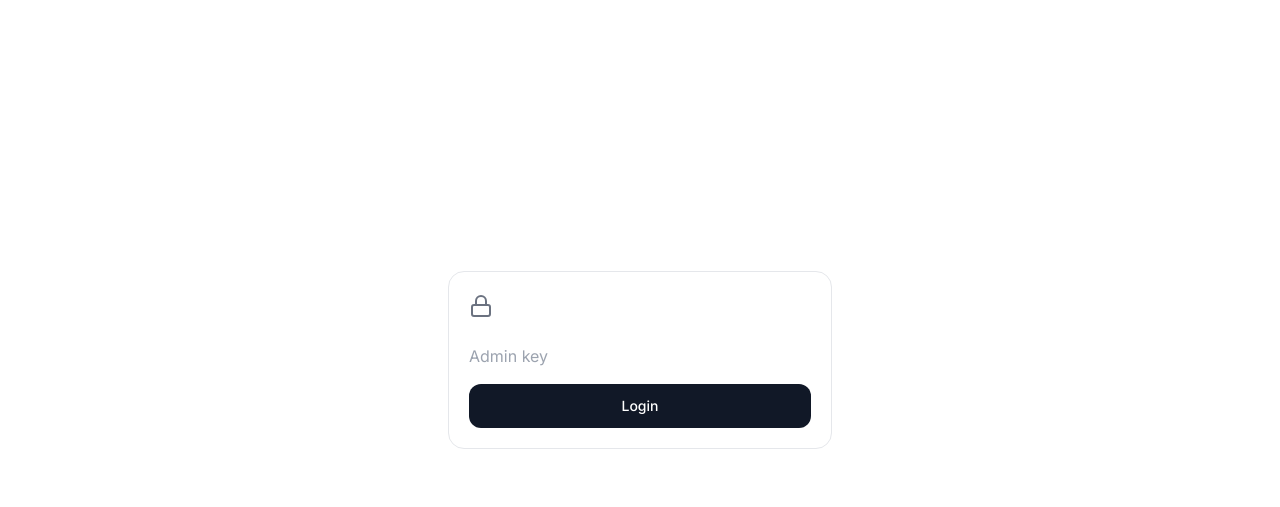
Repository: roshanreddy118/AI-tools-directory
Page: /admin
An editor plug-in stored every save of this project. The page is shown before and after the next save, followed by the edit.
The browser window is 1280 px wide. The pictures show the whole page.
The project was rebuilt for these pictures with package versions that can differ from the ones it lists, and the page was loaded fresh each time. The framework's server and built-in components were replaced by stand-ins that run in the browser. Also part of the build but not shown: next.config.mjs.

Above is the page before, as saved 2026-08-27 20:24:47.

After the next save:
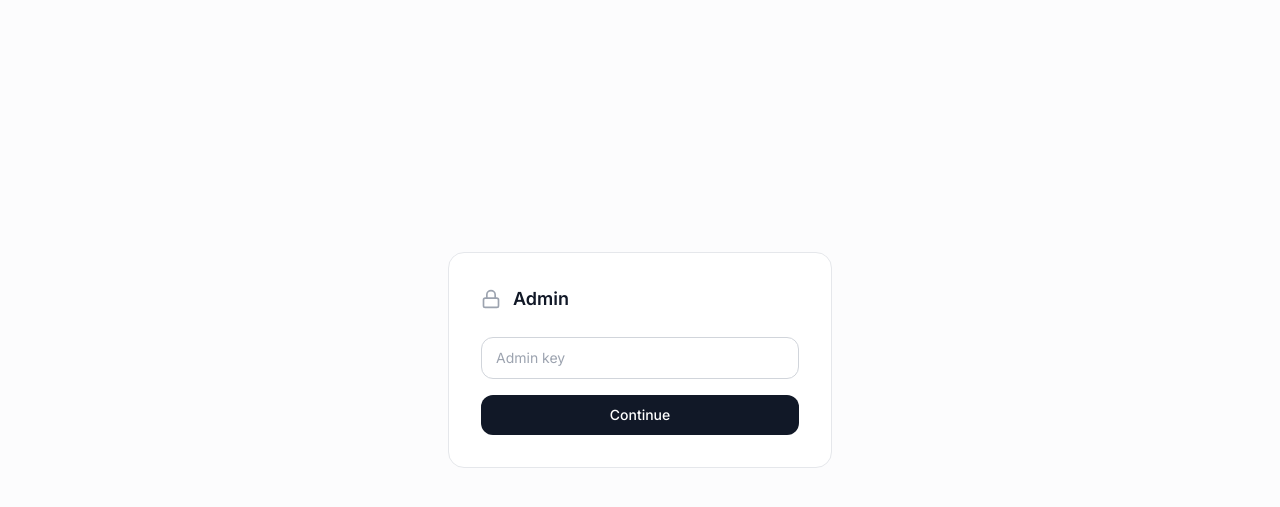
Saved 12 s later.
--- a/src/app/admin/page.tsx
+++ b/src/app/admin/page.tsx
@@ -165,11 +165,11 @@ export default function AdminPage() {
   // Login screen
   if (!isAuthenticated) {
     return (
-      <main className="min-h-screen flex items-center justify-center">
-        <div className="card max-w-sm w-full">
+      <main className="min-h-screen bg-gray-50/50 flex items-center justify-center">
+        <div className="bg-white rounded-2xl border border-gray-200 p-8 max-w-sm w-full">
           <div className="flex items-center gap-3 mb-6">
-            <Lock className="w-6 h-6 text-gray-500" />
-            <h1 className="text-xl font-bold text-white">Admin Access</h1>
+            <Lock className="w-5 h-5 text-gray-400" />
+            <h1 className="text-lg font-semibold text-gray-900">Admin</h1>
           </div>
           <form
             onSubmit={(e) => {
@@ -182,14 +182,14 @@ export default function AdminPage() {
               placeholder="Admin key"
               value={adminKey}
               onChange={(e) => setAdminKey(e.target.value)}
-              className="input-dark mb-4"
+              className="input-field mb-4"
             />
             <button
               type="submit"
               disabled={isLoading}
-              className="w-full btn-primary py-3"
+              className="w-full btn-primary py-2.5"
             >
-              {isLoading ? "Checking..." : "Login"}
+              {isLoading ? "Checking..." : "Continue"}
             </button>
           </form>
         </div>
